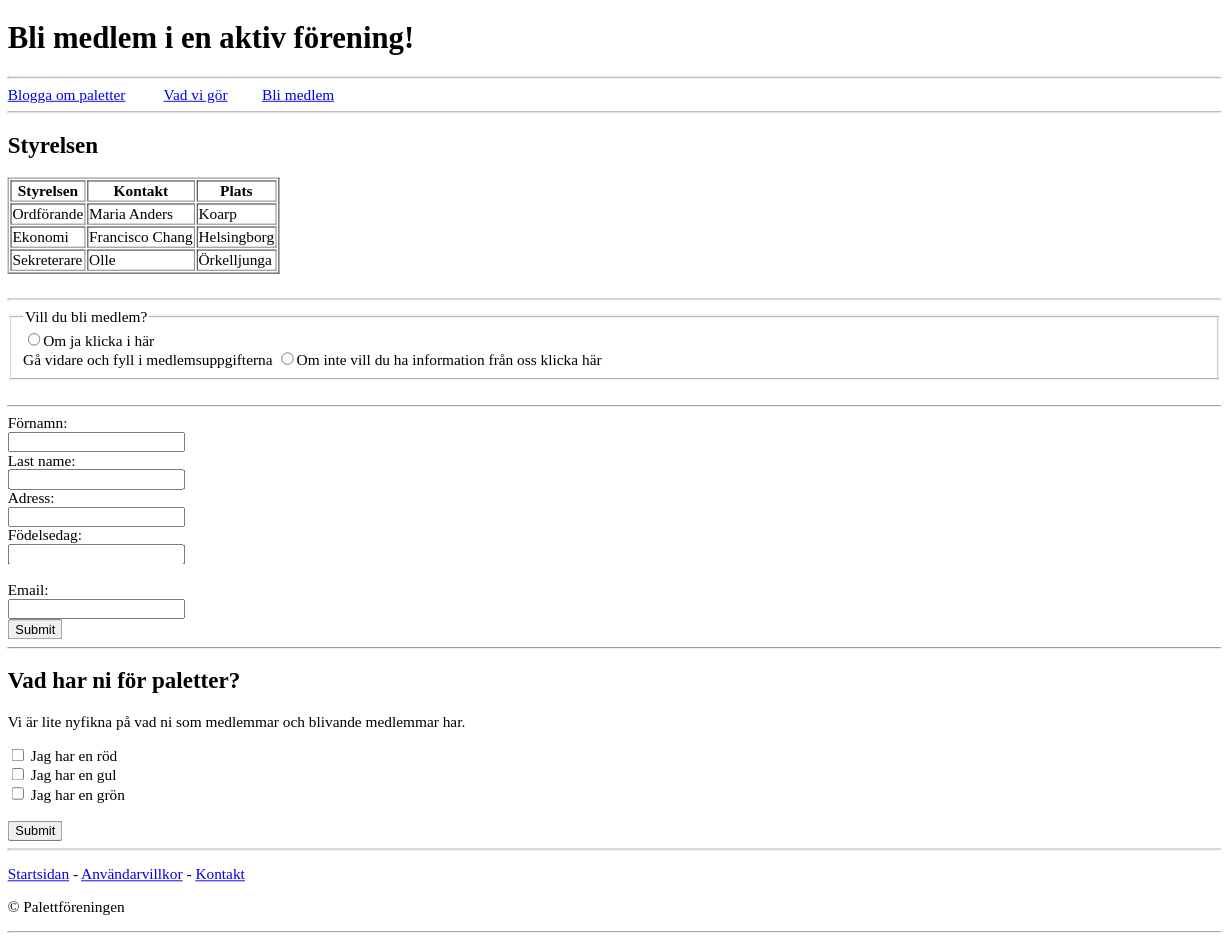
Repository: Webutveckling-20-21/Uppgift-1
Page: medlemskap.html
The author's editor kept a copy of each file at every save. The page is drawn from the files as they stood at one save, then again after a run of saves.
The browser window is 1280 px wide. The pictures show the whole page, at 96% of full size.

Above is the page before, as saved 2021-09-07 22:12:10.

### medlemskap.html
<!DOCTYPE html>
<html lang="en">

<head>
    <meta charset="UTF-8">
    <meta name="viewport" content="width=device-width, initial-scale=1.0">
    <title>Palettföreningen</title>
</head>

<body>
    <header>
        <h1>Bli medlem i en aktiv förening!</h1>
        <hr>
        <a href="blogg.html">Blogga om paletter</a> &nbsp;&nbsp;&nbsp;&nbsp;&nbsp;&nbsp;&nbsp;&nbsp; <a
            href="verksamheten.html">Vad vi gör</a>&nbsp;&nbsp;&nbsp;&nbsp;&nbsp;&nbsp;&nbsp;&nbsp;
        <a href="medlemskap.html">Bli medlem</a>

    </header>
    <hr>
    <main>
        <h2>Styrelsen</h2>

        <table border="1">
            <tr>
                <th>Styrelsen</th>
                <th>Kontakt</th>
                <th>Plats</th>
            </tr>
            <tr>
                <td>Ordförande</td>
                <td>Maria Anders</td>
                <td>Koarp</td>
            </tr>
            <tr>
                <td>Ekonomi</td>
                <td>Francisco Chang</td>
                <td>Helsingborg</td>
            </tr>
            <tr>
                <td>Sekreterare</td>
                <td>Olle</td>
                <td>Örkelljunga</td>
            </tr>
        </table> <br>
        <hr>

        <form method="post">
            <fieldset>
                <legend>Vill du bli medlem?</legend>
                <label><input type="radio" name="radio">Om ja klicka i här</label><br>
                Gå vidare och fyll i medlemsuppgifterna</a>
                <label><input type="radio" name="radio">Om inte vill du ha information från oss klicka här</label>
            </fieldset> <br>
            <hr>
            <label for="fname">Förnamn:</label><br>
            <input type="text" id="text" name="text" value=""><br>
            <label for="lname">Last name:</label><br>
            <input type="text" id="text" name="text" value=""><br>

            <label for="text">Adress:</label><br>
            <input type="text" id="text" name="text" value=""><br>
            <label for="text">Födelsedag:</label><br>
            <input type="text" id="text" name="text" value=""><br> <br>
            <label for="email">Email:</label><br>
            <input type="email" id="email" name="email" multiple> <br> <input type="submit" value="Submit">
        </form>


    </main>
    <hr>
    <aside>
        <h2>Vad har ni för paletter?</h2>
        <p>Vi är lite nyfikna på vad ni som medlemmar och blivande medlemmar har.</p>

        <form>
            <input type="checkbox" id="red" name="red" value="red">
            <label for="red"> Jag har en röd</label><br>
            <input type="checkbox" id="yellow" name="yellow" value="yellow">
            <label for="yellow">Jag har en gul</label><br>
            <input type="checkbox" id="green" name="green" value="green">
            <label for="green"> Jag har en grön</label><br><br>
            <input type="submit" value="Submit">
        </form>




    </aside>
    <hr>
    <footer>
        <nav>
            <p>
                <a href="blogg.html">Startsidan</a> -
                <a href="villkor.html">Användarvillkor</a> -
                <a href="kontakt.html">Kontakt</a>
            </p>
        </nav>
        <p> &copy; Palettföreningen</p>

    </footer>
    <hr>

</body>


</html>

After the next 2 saves:
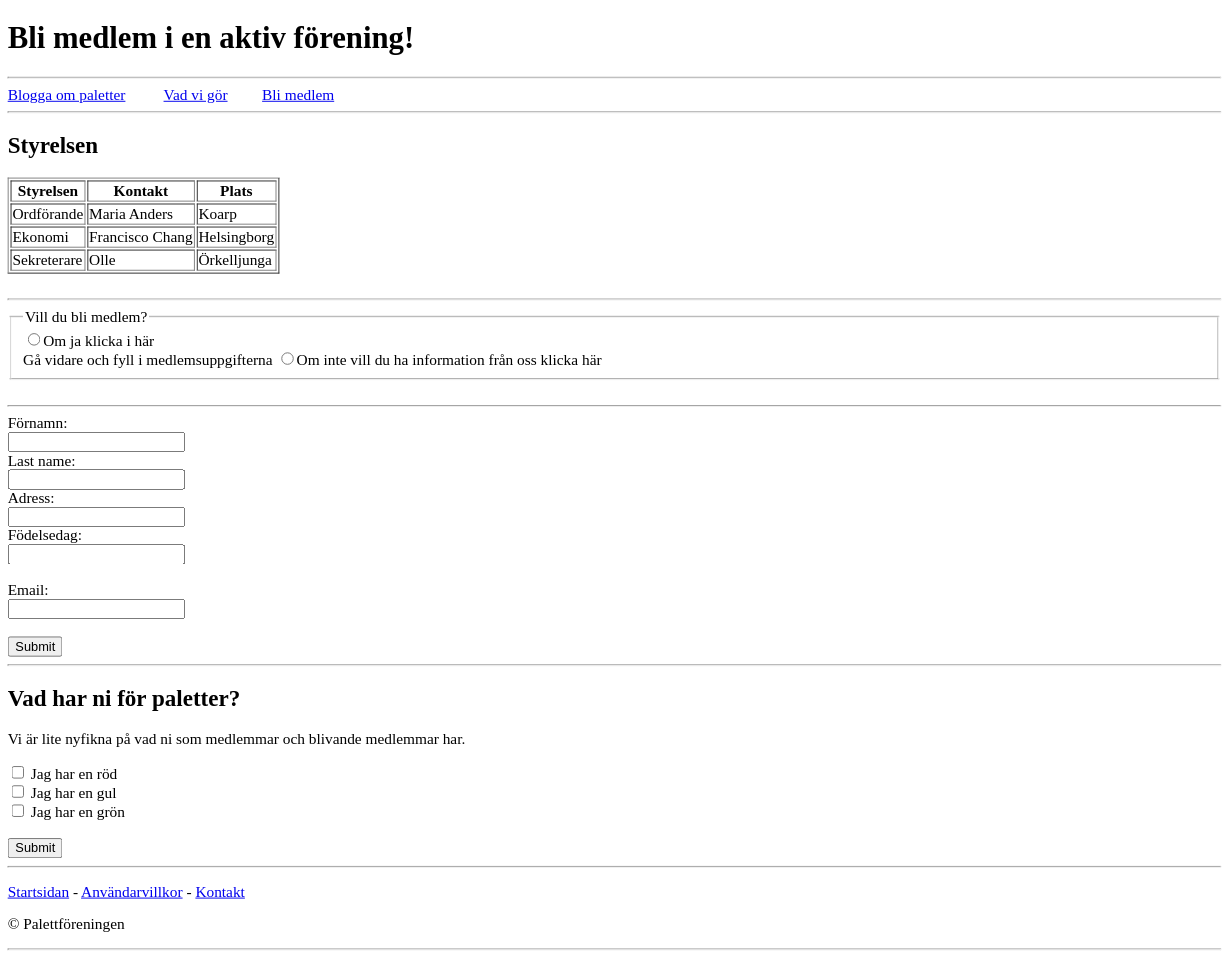
The 2 saves are shown as one change because they came seconds apart.
The last was saved 6 s later.
--- a/medlemskap.html
+++ b/medlemskap.html
@@ -62,7 +62,7 @@
             <label for="text">Födelsedag:</label><br>
             <input type="text" id="text" name="text" value=""><br> <br>
             <label for="email">Email:</label><br>
-            <input type="email" id="email" name="email" multiple> <br> <input type="submit" value="Submit">
+            <input type="email" id="email" name="email" multiple> <br> <br> <input type="submit" value="Submit">
         </form>
 
 

After the save that followed:
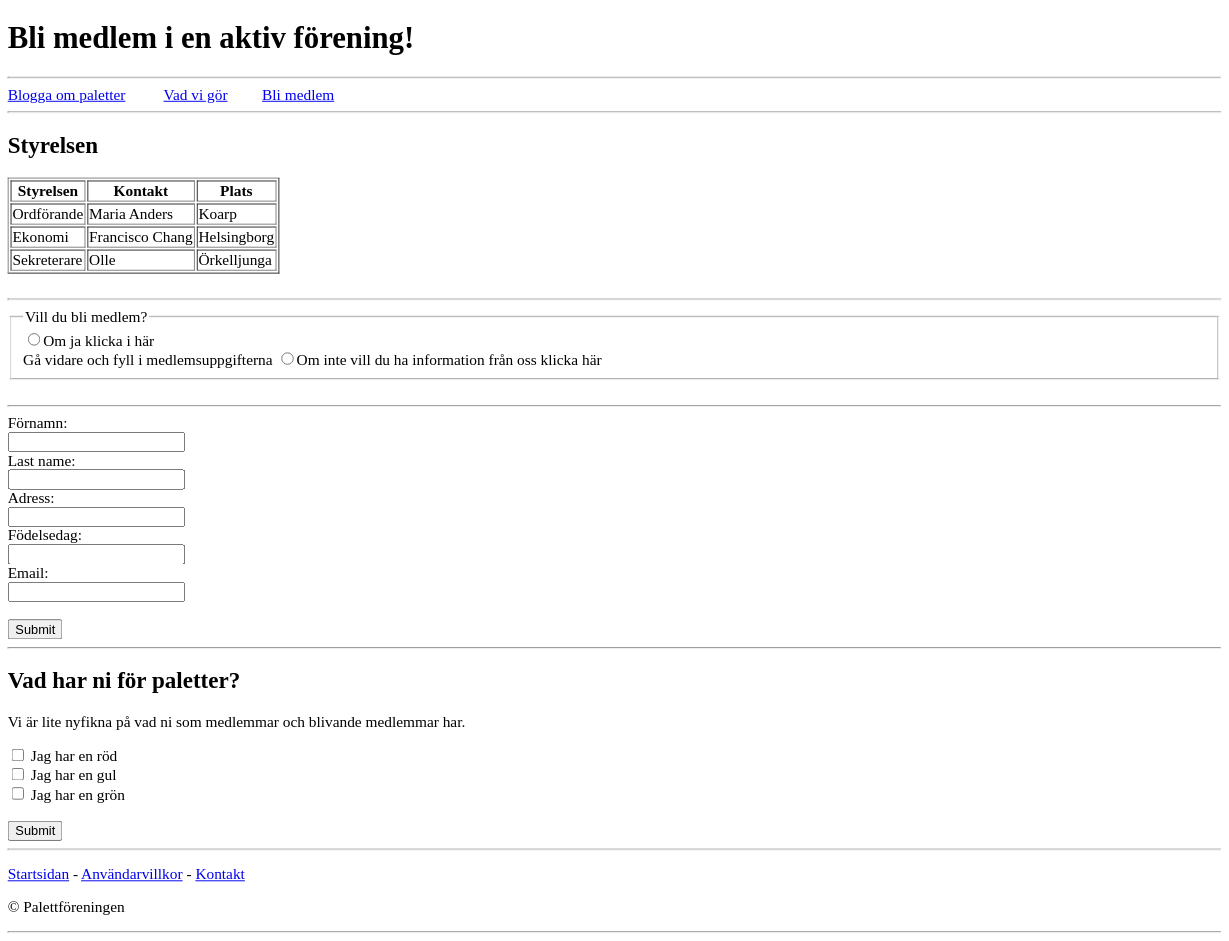
Saved 17 s later.
--- a/medlemskap.html
+++ b/medlemskap.html
@@ -60,7 +60,7 @@
             <label for="text">Adress:</label><br>
             <input type="text" id="text" name="text" value=""><br>
             <label for="text">Födelsedag:</label><br>
-            <input type="text" id="text" name="text" value=""><br> <br>
+            <input type="text" id="text" name="text" value=""><br>
             <label for="email">Email:</label><br>
             <input type="email" id="email" name="email" multiple> <br> <br> <input type="submit" value="Submit">
         </form>
